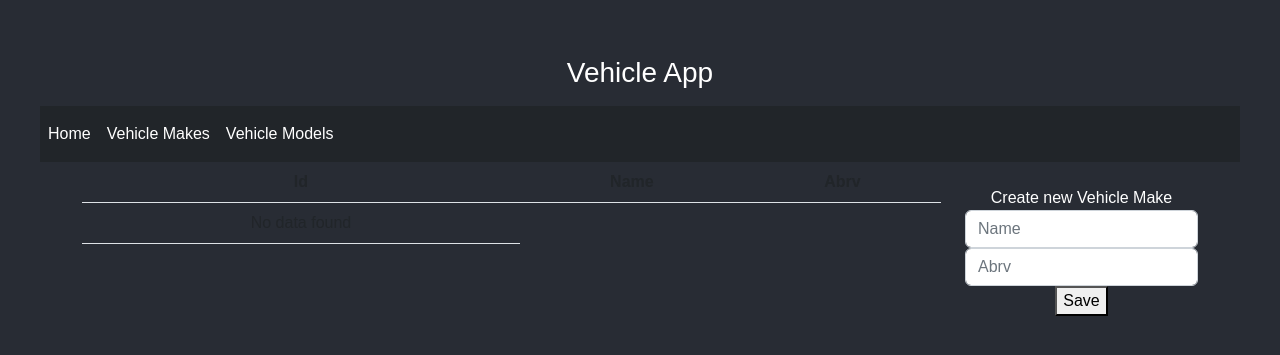
Repository: magdalenarajic/VehicleFrontend
Page: /Makes
These files come from the project's save history. The page is drawn as it stood at one moment and after the next save; the edit follows.
The browser window is 1280 px wide. The pictures show the whole page.
The page's requests for data from a server got no answer. The project was rebuilt for these pictures with package versions that can differ from the ones it lists, and the page was loaded fresh each time. No one was signed in, and anything a server would have sent is missing. Also part of the build but not shown: src/components/Home.js, src/services/modelService.js, src/stores/modelStore.js, src/components/VehicleModel.js.

Above is the page before, as saved 2023-03-10 12:08:07.

### public/index.html
<!DOCTYPE html>
<html lang="en">
  <head>
    <meta charset="utf-8" />
    <link rel="icon" href="%PUBLIC_URL%/favicon.ico" />
    <meta name="viewport" content="width=device-width, initial-scale=1" />
    <meta name="theme-color" content="#000000" />
    <meta
      name="description"
      content="Web site created using create-react-app"
    />
    <link rel="apple-touch-icon" href="%PUBLIC_URL%/logo192.png" />
    <!--
      manifest.json provides metadata used when your web app is installed on a
      user's mobile device or desktop. See https://developers.google.com/web/fundamentals/web-app-manifest/
    -->
    <link rel="manifest" href="%PUBLIC_URL%/manifest.json" />
    <!--
      Notice the use of %PUBLIC_URL% in the tags above.
      It will be replaced with the URL of the `public` folder during the build.
      Only files inside the `public` folder can be referenced from the HTML.

      Unlike "/favicon.ico" or "favicon.ico", "%PUBLIC_URL%/favicon.ico" will
      work correctly both with client-side routing and a non-root public URL.
      Learn how to configure a non-root public URL by running `npm run build`.
    -->
    <link
  rel="stylesheet"
  href="https://cdn.jsdelivr.net/npm/bootstrap@5.2.3/dist/css/bootstrap.min.css"
  integrity="sha384-rbsA2VBKQhggwzxH7pPCaAqO46MgnOM80zW1RWuH61DGLwZJEdK2Kadq2F9CUG65"
  crossorigin="anonymous"
/>
    <title>React App</title>
  </head>
  <body>
    <noscript>You need to enable JavaScript to run this app.</noscript>
    <div id="root"></div>
    <!--
      This HTML file is a template.
      If you open it directly in the browser, you will see an empty page.

      You can add webfonts, meta tags, or analytics to this file.
      The build step will place the bundled scripts into the <body> tag.

      To begin the development, run `npm start` or `yarn start`.
      To create a production bundle, use `npm run build` or `yarn build`.
    -->
  </body>
</html>

### src/index.css
body {
  background-color: rgb(193, 213, 219);
  font-family: -apple-system, BlinkMacSystemFont, 'Segoe UI', 'Roboto', 'Oxygen',
    'Ubuntu', 'Cantarell', 'Fira Sans', 'Droid Sans', 'Helvetica Neue',
    sans-serif;
}

code {
  font-family: source-code-pro, Menlo, Monaco, Consolas, 'Courier New',
    monospace;
}

### src/App.js
import './App.css';
import { Home } from './components/Home';
import VehicleMake  from './components/VehicleMake';
import {Navigation} from './components/Navigation';
import VehicleModel from './components/VehicleModel';

import {BrowserRouter, Route, Routes} from 'react-router-dom';

function App() {
  return (
    <BrowserRouter>
    <div >
    <header>
      <h3 className="m-3 d-flex justify-content-center">
        Vehicle App
      </h3>
      </header>
      <div>
      <Navigation/>
       <Routes>
        <Route path='/' element={<Home/>} />
        <Route path='/Makes' element={<VehicleMake/>} />
        <Route path='/Models' element={<VehicleModel/>} />
       </Routes>
    </div>
    </div>
    </BrowserRouter>
  );
}

export default App;

### src/App.css
.App {
  text-align: center;
}
body {
  background-color: #282c34;
  color: white;
  padding: 40px;
  font-family: Arial;
  text-align: center;
}

### src/components/VehicleMake.js
import React, { useEffect, useState } from "react";
import { Observer } from "mobx-react";
import makeStore from "../stores/makeStore";
import { Container, Table, Col, Row } from "react-bootstrap";

const MakeList = () => {
  const [showForm, setShowForm] = useState(false);
  const handleShow = () => setShowForm(true);

  const [name, setName] = useState("");
  const [abrv, setAbrv] = useState("");

  const [editName, setEditName] = useState("");
  const [editAbrv, setEditAbrv] = useState("");
  const [editId, setEditId] = useState("");

  useEffect(() => {
    makeStore.getData();
  }, []);

  const getSingleData = (id) => {
    handleShow();
    makeStore.getSingleData(id).then((result) => {
      setEditName(result.data.Name);
      setEditAbrv(result.data.Abrv);
      setEditId(result.data.Id);
    });
  };

  const updateData = () => {
    const data = {
      name: editName,
      abrv: editAbrv,
    };
    const id = {
      Id: editId,
    };
    console.log(data,id);
    makeStore.updateData(editName, editAbrv, editId);
    setEditName("");
    setEditAbrv("");
    setEditId("");
  };

  const deleteData = (id) => {
    makeStore.deleteData(id);
  };

  const saveData = () => {
    makeStore.createData(abrv, name);
    setName("");
    setAbrv("");
    window.location.reload(true);
  };

  return (
    <Observer>
      {() => (
        <>
          <Container>
            <Row>
              <Col>
                <Table>
                  <thead>
                    <tr>
                      <th> Id </th>
                      <th> Name</th>
                      <th> Abrv</th>
                    </tr>
                  </thead>
                  <tbody>
                    {makeStore.vehicleData &&
                    makeStore.vehicleData.length > 0 ? (
                      makeStore.vehicleData.map((make, index) => {
                        return (
                          <tr key={index}>
                            <td>{make.Id}</td>
                            <td>{make.Name}</td>
                            <td>{make.Abrv}</td>
                            <td>
                              <button
                                className="delete-btn"
                                onClick={() => deleteData(make.Id)}
                              >
                                Delete
                              </button>
                              <button
                                className="edit-btn"
                                onClick={() => getSingleData(make.Id)}
                              >
                                Edit
                              </button>
                            </td>
                          </tr>
                        );
                      })
                    ) : (
                      <tr>
                        <td>No data found</td>
                      </tr>
                    )}
                  </tbody>
                </Table>
              </Col>
              <Col md="auto">
                <br />
                <label> Create new Vehicle Make</label>
                <br />
                <input
                  type={"text"}
                  className="form-control"
                  placeholder="Name"
                  value={name}
                  onChange={(e) => setName(e.target.value)}
                ></input>
                <input
                  type={"text"}
                  className="form-control"
                  placeholder="Abrv"
                  value={abrv}
                  onChange={(e) => setAbrv(e.target.value)}
                ></input>
                <Col>
                  <button className="create-button" onClick={() => saveData()}>
                    Save
                  </button>
                </Col>
                <br></br>
              </Col>
            </Row>
            {showForm && (
              <Col>
                <br />
                <label> Update Vehicle Make</label>
                <br />
                <input
                  type={"text"}
                  className="form-control"
                  placeholder="Name"
                  value={editName}
                  onChange={(e) => setEditName(e.target.value)}
                ></input>
                <input
                  type={"text"}
                  className="form-control"
                  placeholder="Abrv"
                  value={editAbrv}
                  onChange={(e) => setEditAbrv(e.target.value)}
                ></input>
                <Col>
                  <button className="create-button" onClick={() => updateData()}>
                    Save Changes
                  </button>
                </Col>
                <br></br>
              </Col>
            )}
          </Container>
        </>
      )}
    </Observer>
  );
};


export default MakeList;

### src/components/Navigation.js
import React, { Component } from "react";
import { Navbar, Nav } from "react-bootstrap";

export class Navigation extends Component {
  render() {
    return (
      <Navbar bg="dark" variant="dark">
        <Nav variant="pills">
          <Nav.Link className="d-inline p-2 text-white " href="/">
            Home
          </Nav.Link>
          <Nav.Link className="d-inline p-2 text-white" href="/makes">
            Vehicle Makes
          </Nav.Link>
          <Nav.Link className="d-inline p-2 text-white" href="/models">
            Vehicle Models
          </Nav.Link>
        </Nav>
      </Navbar>
    );
  }
}

### src/stores/makeStore.js
import { observable, action, makeObservable } from "mobx";
import makeService from "../services/makeService";

class MakeStore {
  constructor() {
    makeObservable(this, {
      status: observable,
      vehicleData: observable,
      singleData: observable,
      getData: action,
      createData: action,
      deleteData: action,
      updateData: action,
      getSingleData: action,
    });
  }

  status = "initial";
  vehicleData = [];
  singleData = [];

  getData = () => {
    makeService
      .getVehicleMakes()
      .then((result) => {
        this.vehicleData = result.data;
      })
      .catch((error) => {
        console.log(error);
        this.status = "error";
      });
  };

  getSingleData = (id) => {
    return makeService.getVehicleMake(id);
  };

  createData = (abrv, name) => {
    const vehicleData = { Abrv: abrv, Name: name };

    makeService.postVehicleMake(vehicleData).then((response) => {
      if (response.body === true) {
        this.status = "success";
        this.getData();
      }
    });
  };

  deleteData = (id) => {
    makeService.deleteVehicleMake(id).then((response) => {
      this.getData();
    });
  };

  updateData = (name, abrv, id) => {
    const singleData = { Name: name, Abrv: abrv };
    makeService.putVehicleMake(id, singleData).then((response) => {
      this.getData();
    });
  };
}

const makeStore = new MakeStore();

// makeStore.getSingleData(60).then((result) => console.log(result.data));
export default makeStore;

### src/services/makeService.js
import axios from "axios";

const errorHandler = (error) => {
  console.log(error);
};

const baseUrl = "https://localhost:44304/api/VehicleMakes";

class MakeService {
  getVehicleMakes = () => {
    return axios.get(`${baseUrl}`).catch(errorHandler);
  };

  getVehicleMake = (id) => {
    return axios.get(`${baseUrl}/${id}`).catch(errorHandler);
  };

  item = {
    Name: " ",
    Abrv: " ",
  };
  postVehicleMake = (item) => {
    return axios.post(`${baseUrl}`, item).catch(errorHandler);
  };

  deleteVehicleMake = (id) => {
    return axios.delete(`${baseUrl}/${id}/`).catch(errorHandler);
  };

  putVehicleMake = (id, item) => {
    return axios.put(`${baseUrl}/${id}`, item).catch(errorHandler);
  };
}
const makeService = new MakeService();
export default makeService;
// testing -- getVehicleMakes().then((result) => console.log(result));

Loaded but not shown: src/index.js (common file); src/reportWebVitals.js (common file)

After the next save:
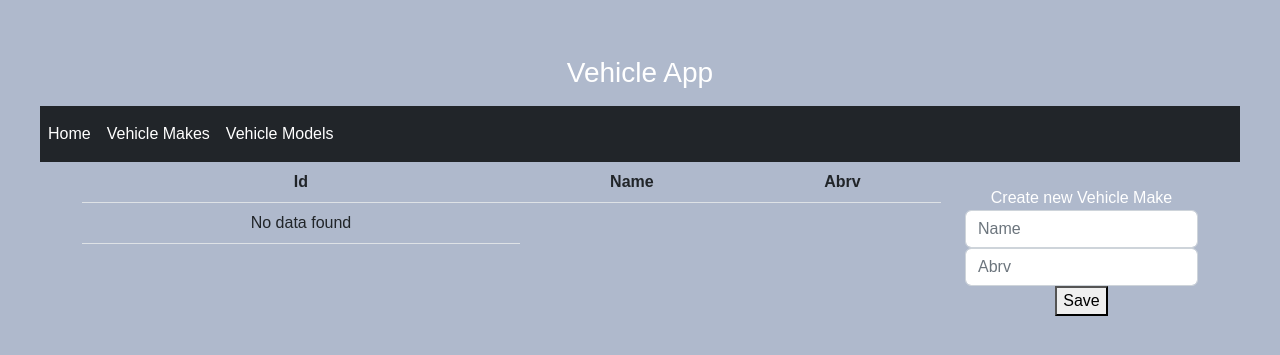
Saved 75 s later.
--- a/src/App.css
+++ b/src/App.css
@@ -2,7 +2,7 @@
   text-align: center;
 }
 body {
-  background-color: #282c34;
+  background-color: #afb9cc;
   color: white;
   padding: 40px;
   font-family: Arial;
